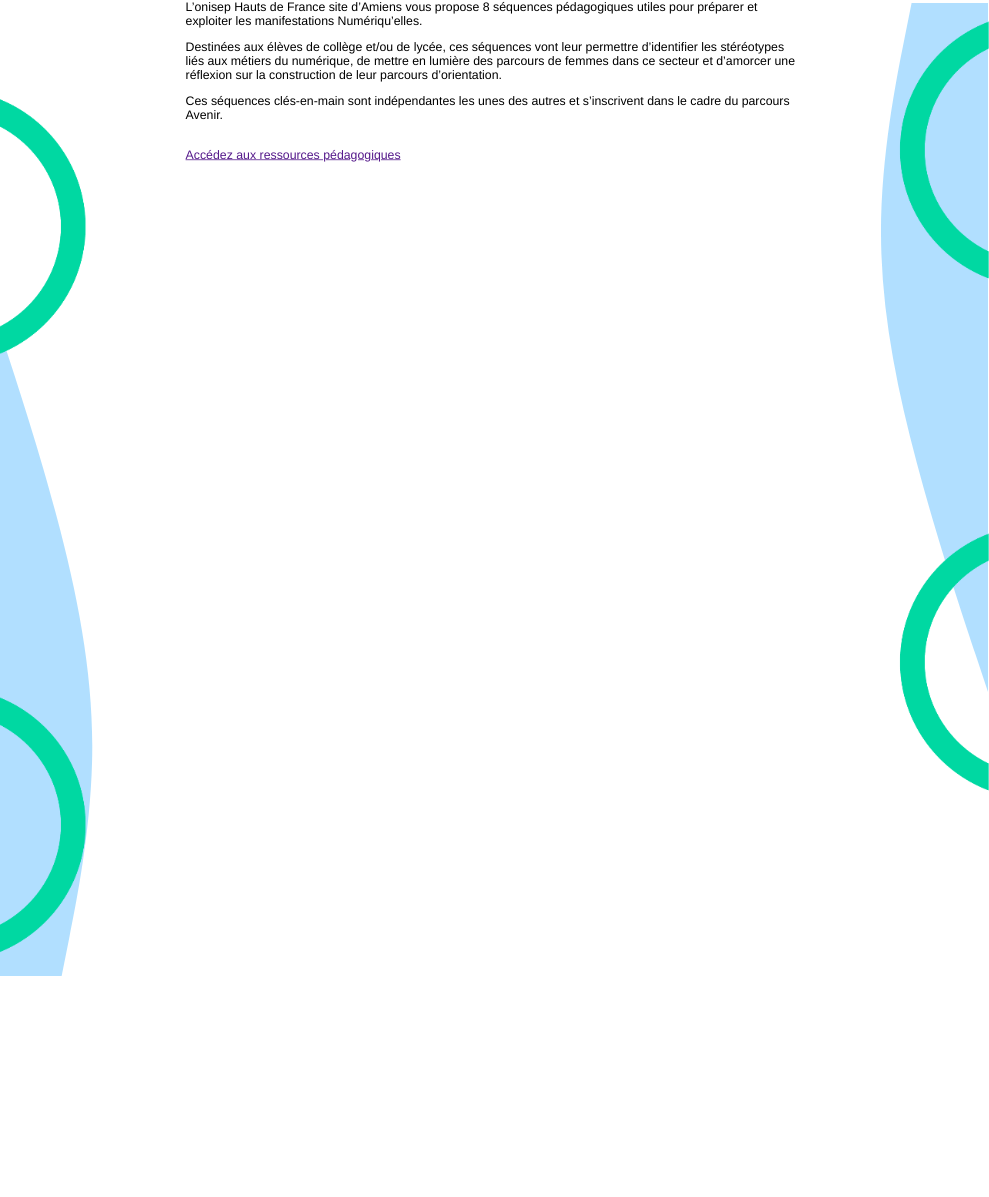
Repository: FrancisClerfayt/NumeriquElles
Page: preparation.html
An editor plug-in stored every save of this project. The page is shown before and after a run of saves, followed by the edit.
The browser window is 1280 px wide. The page is 1284 px wide, so the pictures cover 1284 px, including what lies to the right of the window. The pictures show the whole page, at 77% of full size.

Above is the page before, as saved 2020-10-27 15:57:54.

### preparation.html
<!DOCTYPE html>
<html lang="en">

<head>
    <meta charset="UTF-8">
    <meta name="viewport" content="width=device-width, initial-scale=1.0">
    <title>Aller plus loins</title>
    <link rel="stylesheet" href="preparation.css">
</head>

<body>
    <header></header>
    <section class="pagePeparation">
        <div class="backgroudImg">
            <img src="img/round-ConvertImage_gaitubao_369x121.png" alt="" class="imgLeftTop">
            <img src="img/wave.svg" alt="" class="imgLeftLong">
            <img src="img/round-ConvertImage_gaitubao_369x121.png" alt="" class="imgLeftBottom">
        </div>

        <div class="contenuePreparation">
          <p class="textHautP">L’onisep Hauts de France site d’Amiens vous propose 8 séquences pédagogiques utiles pour préparer et exploiter les manifestations Numériqu’elles.</p>
          <p class="textHautP">Destinées aux élèves de collège et/ou de lycée, ces séquences vont leur permettre d’identifier les stéréotypes liés aux métiers du numérique, de mettre en lumière des parcours de femmes dans ce secteur et d’amorcer une réflexion sur la construction de leur parcours d’orientation.</p>
          <p class="textHautP">Ces séquences clés-en-main sont indépendantes les unes des autres et s’inscrivent dans le cadre du parcours Avenir.</p>
            <img src="" alt="" class="imgHautP">
            <div class="greenBouton">
                <a href="">Accédez aux ressources pédagogiques</a>

            </div>
            <img src="" alt="" class="imgblue">
            <div class="textBottomP">
                <P class="blackF"></P>
                <P class="blackF"></P>
                <p>
                    <span class="blackF"></span>
                    <span class="blackF"></span>
                    <span class="blackF"></span>
                    <span class="blackF"></span>
                    <span class="blackF"></span>
                </p>
            </div>



        </div>


        <div class="backgroudImg">
            <img src="img/round-ConvertImage_gaitubao_369x121.png" alt="" class="imgRightTop">
            <img src="img/wave.svg" alt="" class="imgRightLong">
            <img src="img/round-ConvertImage_gaitubao_369x121.png" alt="" class="imgRightBottom">
        </div>
    </section>
    <footer></footer>
</body>

</html>

### preparation.css
*{
    margin: 0;
    padding:0

}

body {
    font-family:  Helvetica Neue ,Arial, Helvetica, sans-serif ;
    text-align: left;
}
p {
    margin-bottom: 1em;
}
.pagePeparation {
    display: flex;
    flex-direction: row;
}
/* les décroration de page commence */
.backgroudImg {
    display: flex;
    flex-direction: column;
    justify-content: flex-start;
}
.imgLeftTop,
.imgLeftBottom {
    transform: rotate(90deg);
    margin-left: -8em;
    padding-left: 0;
    margin-bottom: 26em;
    margin-top: 15em;

}
.imgLeftLong {
    transform: rotate(90deg);
    position: absolute;
    width: 70%;
    left: -23em;
    top: 45em;
    z-index: -2;
    opacity: .3;
}

.imgRightLong {
    transform: rotate(-90deg);
    position: absolute;
    width: 70%;
    right: -22em;
    top: 22em;
    z-index: -2;
    opacity: .3;
}


.imgRightTop,
.imgRightBottom {
    transform: rotate(-90deg);
    margin-right: -8em;
    padding-left: 0;
    margin-bottom: 26em;
    margin-top: 8em;
    z-index: 2;
}
.imgCentreBottom {
    transform: rotate(180deg);
    margin-right: 5em;
    z-index: -1;
    margin-top: 0;
}
/* les décroration de page fini */

/*
.telecharge > a {
    background-color: #62D3A4;
    border-radius: 2em;
    color: beige;
    text-align: center;
    margin: 1.5em auto;
    padding: 1em;
    text-decoration: none;
} */

After the next 2 saves:
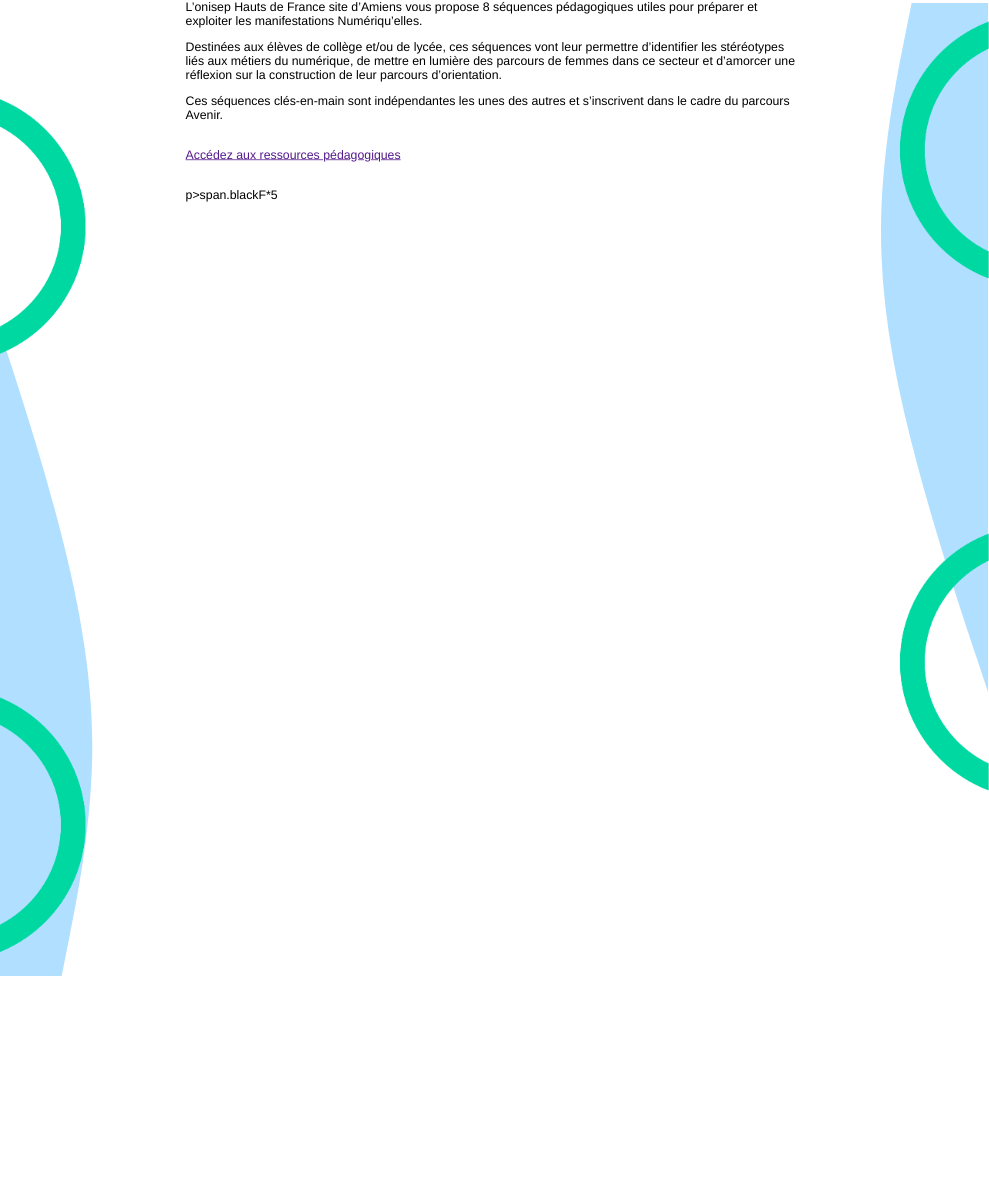
The 2 saves are shown as one change because they came seconds apart.
The last was saved 10 s later.
--- a/preparation.html
+++ b/preparation.html
@@ -30,13 +30,7 @@
             <div class="textBottomP">
                 <P class="blackF"></P>
                 <P class="blackF"></P>
-                <p>
-                    <span class="blackF"></span>
-                    <span class="blackF"></span>
-                    <span class="blackF"></span>
-                    <span class="blackF"></span>
-                    <span class="blackF"></span>
-                </p>
+                p>span.blackF*5
             </div>
 
 
